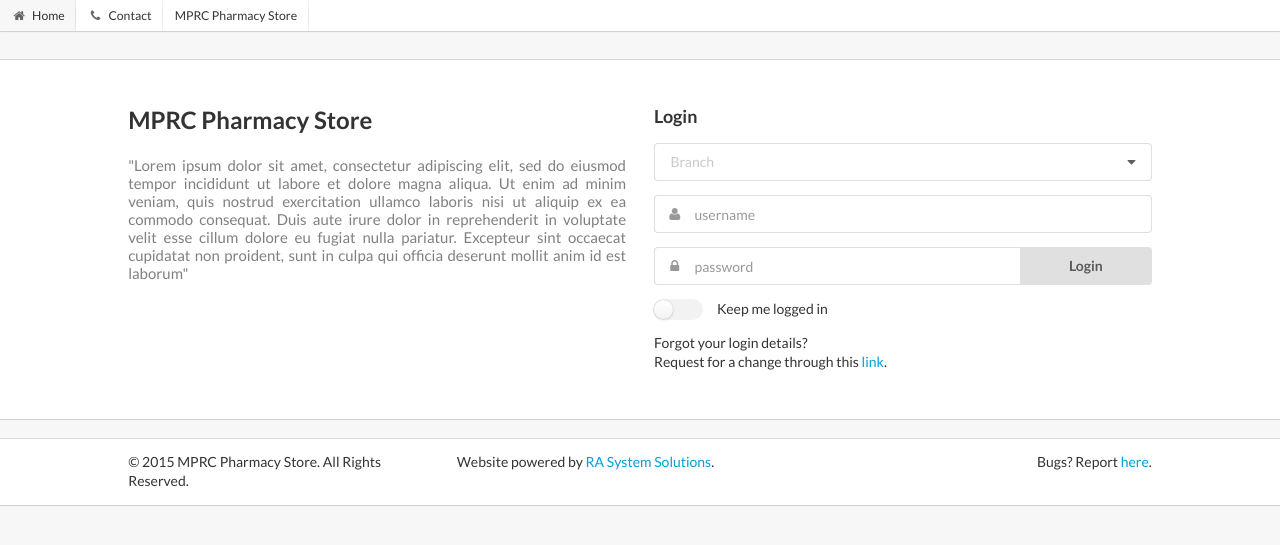
Repository: thdrwngkd/oims
Page: public/index.html
The author's editor kept a record of every edit. The page is drawn from the files as they stood at one moment, then again after the next edit.
The browser window is 1280 px wide. The pictures show the whole page.

Above is the page before.

After the next edit:
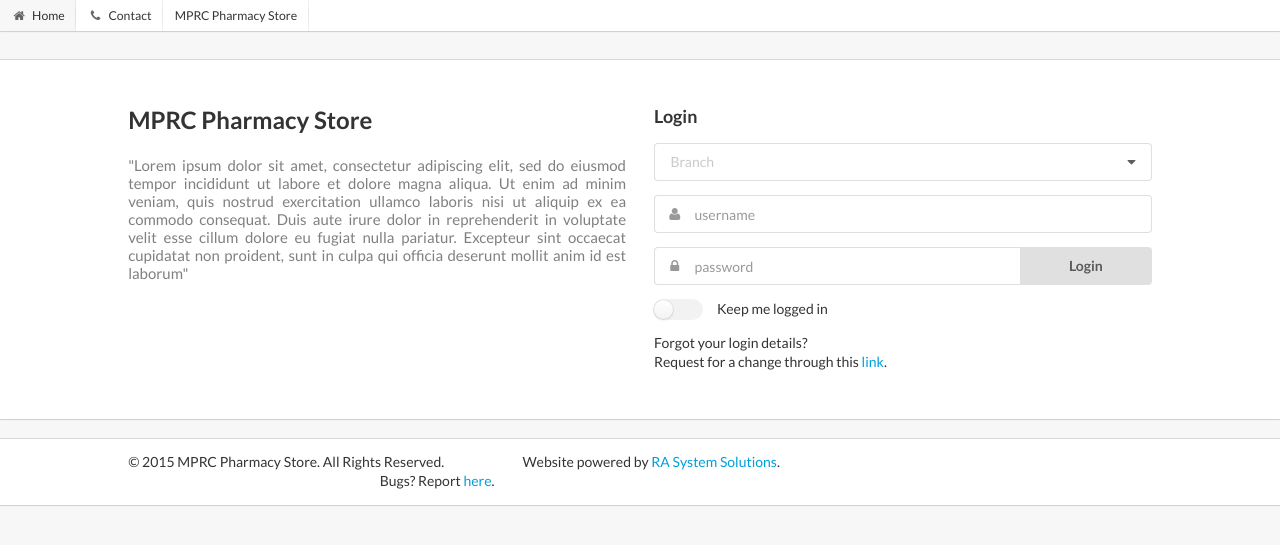
The edit:
--- a/public/index.html
+++ b/public/index.html
@@ -91,8 +91,8 @@
     <section class="ui footer segment clear">
       <div class="ui page grid">
         <div class="row">
-          <div class="five wide column">
-            <div>© 2015 MPRC Pharmacy Store. All Rights Reserved. <div></div></div>
+          <div class="six wide column">
+            <p>© 2015 MPRC Pharmacy Store. All Rights Reserved.</p>
           </div>
           <div class="five wide column">
             <p>Website powered by <a href="">RA System Solutions</a>.</p>
